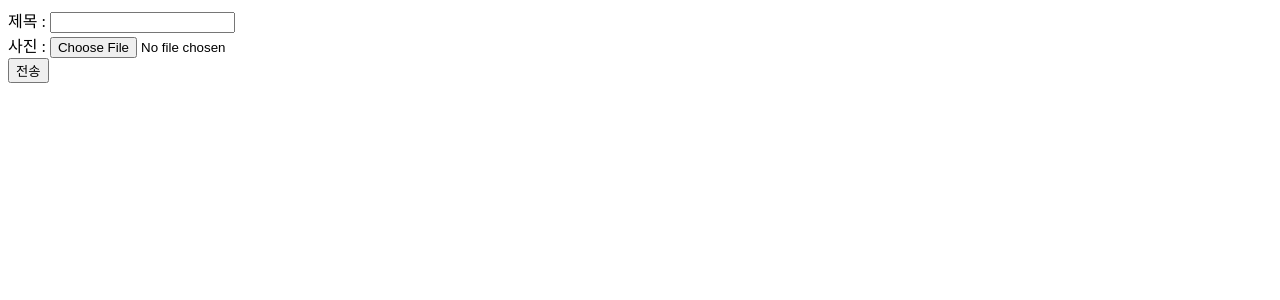
Repository: simDev1234/WebStudy
Page: _01_상반기_WebStudy/2022_0607_FileUploadTest/src/main/webapp/input_file2.html
An editor plug-in stored every save of this project. The page is shown before and after the next save, followed by the edit.
The browser window is 1280 px wide. The pictures show the whole page.

Above is the page before, as saved 2022-06-07 03:32:59.

After the next save:
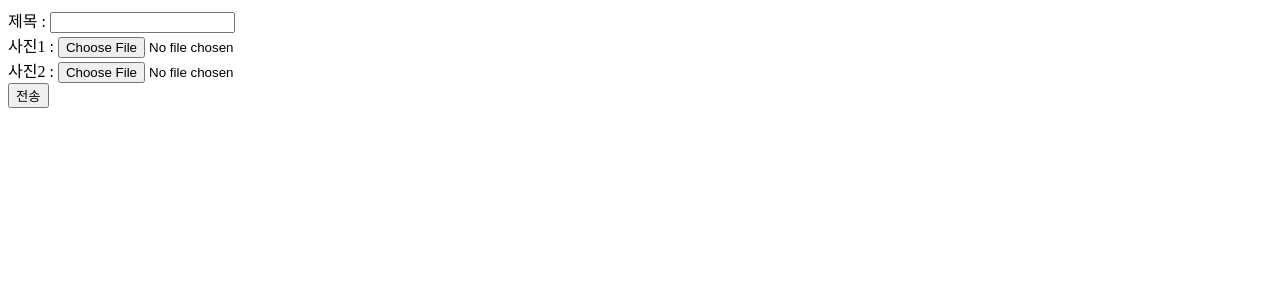
Saved 5 min 31 s later.
--- a/_01_상반기_WebStudy/2022_0607_FileUploadTest/src/main/webapp/input_file2.html
+++ b/_01_상반기_WebStudy/2022_0607_FileUploadTest/src/main/webapp/input_file2.html
@@ -38,7 +38,8 @@
 
 <form method = "POST" enctype = "multipart/form-data">
    제목 : <input name = "title"><br>
-   사진 : <input type = "file" name = "photo"><br>
+   사진1 : <input type = "file" name = "photo1"><br>
+   사진2 : <input type = "file" name = "photo2"><br>
    <input type = "button" value = "전송" onclick = "send(this.form);">
 </form>
 </body>
